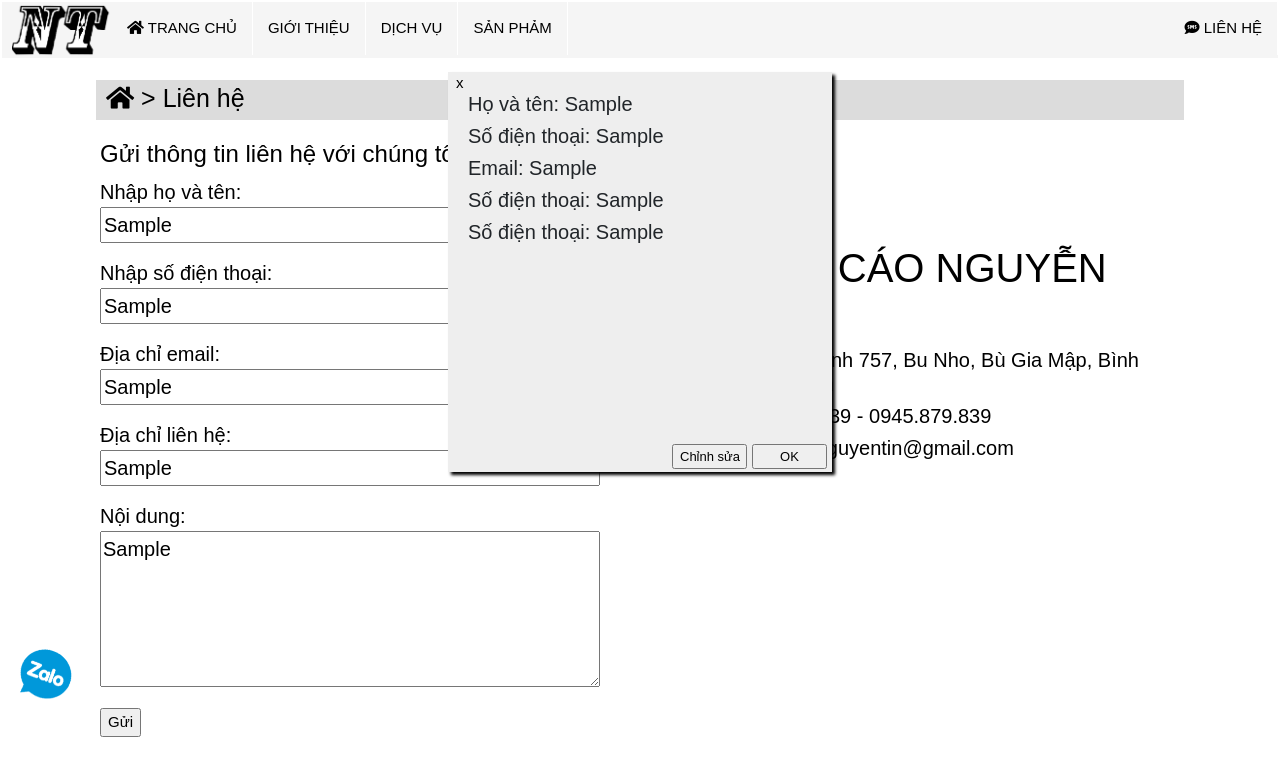
Repository: Haunguyen42193/quangcaonguyentin.github.io
Page: contact.html
These files come from the project's save history. The page is drawn as it stood at one moment and after the next save; the edit follows.
The browser window is 1280 px wide. The pictures show the part of the page from y = 0 to 757 px (the page is 1526 px tall).
Empty fields were first filled with sample values (such as "Sample", 5 or name@example.com).
After loading, the first visible `#submit` was clicked once.
Pictures or frames that could not be fetched are drawn as grey boxes. Some web fonts or font styles are not loaded; a fallback is used. Some web libraries are served in a nearby version.

Above is the page before, as saved 2021-09-17 18:07:11.

### contact.html
<!DOCTYPE html>
<html lang="en">
<head>
    <meta charset="UTF-8">
    <meta http-equiv="X-UA-Compatible" content="IE=edge">
    <meta name="viewport" content="width=device-width, initial-scale=1.0">
    <meta http-equiv="refresh" content="18000"/>
    <title>Quảng Cáo Nguyễn Tín</title>
    <link rel="shotcut icon" href="images/logo2.png"/>
    <link
    rel="stylesheet"
    href="https://cdnjs.cloudflare.com/ajax/libs/animate.css/4.1.1/animate.min.css"
    />
    <!--carousel-->
    <link href="https://cdn.jsdelivr.net/npm/bootstrap@5.1.0/dist/css/bootstrap.min.css" rel="stylesheet" integrity="sha384-KyZXEAg3QhqLMpG8r+8fhAXLRk2vvoC2f3B09zVXn8CA5QIVfZOJ3BCsw2P0p/We" crossorigin="anonymous">
    <!--font awesome-->
    <link rel="stylesheet" href="https://pro.fontawesome.com/releases/v5.10.0/css/all.css" integrity="sha384-AYmEC3Yw5cVb3ZcuHtOA93w35dYTsvhLPVnYs9eStHfGJvOvKxVfELGroGkvsg+p" crossorigin="anonymous"/>
    <!--css-->
    <link rel="stylesheet" href="CSS/stylecontact.css"/>
    <!--font chữ-->
    <link rel="preconnect" href="https://fonts.googleapis.com">
    <link rel="preconnect" href="https://fonts.gstatic.com" crossorigin>
    <link href="https://fonts.googleapis.com/css2?family=K2D:wght@600&display=swap" rel="stylesheet">
    <!-- JavaScript Bundle with Popper -->
    <script src="https://cdn.jsdelivr.net/npm/bootstrap@5.1.0/dist/js/bootstrap.bundle.min.js" integrity="sha384-U1DAWAznBHeqEIlVSCgzq+c9gqGAJn5c/t99JyeKa9xxaYpSvHU5awsuZVVFIhvj" crossorigin="anonymous"></script>
    <!--Jquery-->
    <script src="Js/jquery-3.6.0.min.js"></script>

</head>
<body>
    <script src="Js/main.js"></script>
    <nav class="header-menu">
        <div class="menu">
            <div class="logo">
                <a href="homepage.html"><img src="images/logo2.png" alt="bang quang cao tiem" id="logotiem"/></a>
            </div>
            <ul>
                <li><a href="homepage.html"><i class="fas fa-home"></i> TRANG CHỦ</a></li>
                <li><a href="#">GIỚI THIỆU</a></li>
                <li class="sub"><a href="homepage.html">DỊCH VỤ</a>
                    <ul class="menu subcontent">
                        <li><a href="#">LÀM BẢNG HIỆU LED</a></li>
                        <li><a href="#">LÀM BẢNG HIỆU ALU</a></li>
                        <li><a href="#">LÀM BẢNG HIỆU HỘP ĐÈN</a></li>
                        <li><a href="#">LÀM BẢNG HIỆU MICA</a></li>
                    </ul>
                </li>
                <li class="sub"><a href="#">SẢN PHẢM</a>
                    <ul class="menu subcontent">
                      <li><a href="#">BẢNG HIỆU HỘP ĐÈN</a></li>
                      <li><a href="#">MẶT DỰNG ALU</a></li>
                      <li><a href="#">BẢNG HIỆU CHỮ NỔI</a></li>
                      <li><a href="#">BẢNG HIỆU LED</a></li>
                    </ul>
                </li>
                <li><a href="contact.html"><i class="fas fa-sms"></i> LIÊN HỆ</a></li>
            </ul>
        </div>
      </nav>

      <!--go to top-->
      <div>
        <a id="goToTop" href="javascript:;"><i class="fas fa-chevron-up" title="GO TO TOP"></i></a>
      </div>
      <!--zalo-->
      <div class="zalo">
        <a href="https://zalo.me/0982652639" target="_blank"><img src="images/icon-zalo1.png"/></a>
      </div>
      <!--content of contact-->
    <section>
        <div class="contact-title">
            <div>
                <a href="homepage.html" title="Trang chủ"><i class="fas fa-home"></i></a>
                <span>></span>
                <span class="move">Liên hệ</span>
            </div>
        </div>
        <div class="contact">
            <div class="contact-info">
                <h4>Gửi thông tin liên hệ với chúng tôi</h4>
                <div class="nhap">
                    <p>Nhập họ và tên: </p><input type="text" placeholder="Nhập họ và tên" id="name"/>
                </div>
                <div class="nhap">
                    <p>Nhập số điện thoại:</p><input type="text" placeholder="Nhập số điện thoại" id="phone"/>
                </div>
                <div class="nhap">
                    <p>Địa chỉ email: </p><input type="text" placeholder="email" id="mail"/>
                </div>
                <div class="nhap">
                    <p>Địa chỉ liên hệ: </p><input type="text" placeholder="Địa chỉ đầy đủ" id="address/>
                </div>
                <div class="nhap">
                    <p>Nội dung:</p>
                    <textarea placeholder="Nhập nội dung yêu cầu" name="sNoidung" rows="5" id="request"></textarea>
                </div>
                <div class="submit">
                    <input type="button" value="Gửi" id="submit"/>
                </div>

            </div>
        </div>
        <div class="popup">
          <div class="inform">
            <a href="#">x</a>
            <input type="button" value="OK" id="ok"/>
            <input type="button" value="Chỉnh sửa" id="fix"/>
          </div>
        </div>
        <div class="contact1">
            <div class="contact-info">
                <img src="images/logo2.png" alt="logo" class="foot-logo" />
                <h1>QUẢNG CÁO NGUYỄN TÍN</h1>
                <h2>Địa chỉ: Đường tỉnh 757, Bu Nho, Bù Gia Mập, Bình Phước, Việt Nam</h2>
                <h2>SĐT: 0982.652.639 - 0945.879.839</h2>
                <h2>Mail: quangcaonguyentin@gmail.com</h2>
            </div>
        </div>
    </section>
    <div class="google-map-contact">
        <iframe src="https://www.google.com/maps/embed?pb=!1m18!1m12!1m3!1d5524.536939975059!2d106.86915028708552!3d11.734195462804998!2m3!1f0!2f0!3f0!3m2!1i1024!2i768!4f13.1!3m3!1m2!1s0x31735d28dd4c295f%3A0xd023a3b16b598d53!2zVHLGsOG7nW5nIFRIUFQgTmd1eeG7hW4gS2h1eeG6v24gLSBCw7kgTmhv!5e0!3m2!1svi!2s!4v1629276927340!5m2!1svi!2s" style="border:0;" allowfullscreen="" loading="lazy"></iframe>"
    </div>
    <section>
        <div class="foot-contacts">
          <div class="foot-contact">
            <img src="images/logo2.png" alt="logo" class="foot-logo" />
            <h1>QUẢNG CÁO NGUYỄN TÍN</h1>
            <h2>Địa chỉ: Đường tỉnh 757, Bu Nho, Bù Gia Mập, Bình Phước, Việt Nam</h2>
            <h2>SĐT: 0982.652.639 - 0945.879.839</h2>
            <h2>Mail: quangcaonguyentin@gmail.com</h2>
          </div>
          <div class="foot-service">
            <div class="foot-service-title">
              <h1>DANH MỤC DỊCH VỤ</h1>
            </div>
            <h2><a href="#">Làm bảng hiệu LED</a></h2>
            <h2><a href="#">Làm bảng hiệu ALU</a></h2>
            <h2><a href="#">Làm bảng hiệu HỘP ĐÈN</a></h2>
            <h2><a href="#">Làm bảng hiệu MICA</a></h2>
          </div>
          <div class="foot-product">
            <div class="foot-service-title">
              <h1>DANH MỤC SẢN PHẨM</h1>
            </div>
            <h2><a href="#">Làm bảng hiệu LED</a></h2>
            <h2><a href="#">Làm bảng hiệu ALU</a></h2>
            <h2><a href="#">Làm bảng hiệu HỘP ĐÈN</a></h2>
            <h2><a href="#">Làm bảng hiệu MICA</a></h2>
          </div>
        </div>
      </section>
      <!--foot-->
      <div class="web-foot">
        <h2>QUẢNG CÁO NGUYỄN TÍN &#10052 2021</h2>
      </div>
</body>
</html>

### CSS/stylecontact.css
body {
    font-family: 'K2D', sans-serif;
    font-size: 15px;
    background-color: white;
    background-repeat: no-repeat;
    background-attachment: fixed;
}
/*menu*/
.header-menu{
    width:100%;
    background-color: whitesmoke;
    padding-left: 10px;
    border: 2px solid white;
    position: fixed;
    z-index:99;
    top:0;
    left:0;
}
img#logotiem{
    width:100px;
    float:left;
}
div.menu > ul{
    display:flex;
    /* justify-content: center;
    align-items: center; */
}
div.menu ul{
    list-style-type: none;
    margin: 0;
    padding:0;
    background-color: whitesmoke;
}
div.menu ul li:last-child{
    margin-left: auto;
}
.subcontent{
    display:none;
    background: linear-gradient(gray, rgb(224, 222, 222));
}
.sub:hover .subcontent{
    display: block;
    position:absolute;
    width: 230px;
}

div.menu ul li{
    margin-bottom: 0px;
    position:relative;
    border-right: 1px solid white;
}

div.menu ul li a::before{
    content: '';
     position: absolute;
     bottom: -7px;
     left: 0px;
     width: 100%;
     height: 5px;
     background-color: #0cacdd;
     border-radius: 8px 8px 0 0;
     opacity: 0;
     transition: 0.3s;
}

div.menu ul li a:hover:before{
    opacity: 1;
    bottom:0;
}
div.menu ul li a{
    text-decoration: none;
    display: block;
    padding: 15px;
}
a:link{
    color:black;
}
a:visited{
    color:black;
}
a:hover{
    background-color: rgb(37, 32, 32);
    color: #2591d8;
}
a:active{
    color:rgb(35, 23, 201);
}

.subcontent::before{
    content: " ";
    border-width: 10px;
    border-style: solid;
    border-color:transparent transparent gray transparent;
    position: absolute;
    bottom: 100%;
    left:15%;
}
/*gototop*/
#goToTop {
    position: fixed;
    font-size: 30px;
    border-radius: 50%;
    z-index: 99;
    padding: 0 10px;
    border: 2px solid red;
    color: red;
    opacity: 0.5;
    right: 10px;
    bottom: 10px;
}
/*zalo*/
.zalo{
    position: fixed;
    z-index: 999;
    left: 20px;
    bottom: 20px;
    width: 4%;
}
.zalo img{
    width: 100%;
    animation:zalo-ring 1s infinite ease-in-out;
}
.zalo > a:hover{
    background-color: transparent;
}
@keyframes zalo-ring{
    0%{
    transform:rotate(0) scale(1) skew(1deg)
    }
    10%{
        transform:rotate(-25deg) scale(1.05) skew(1deg)
    }
    20%{
        transform:rotate(25deg) scale(1) skew(1deg)
    }
    30%{
        transform:rotate(-25deg) scale(1.05) skew(1deg)
    }
    40%{
        transform:rotate(25deg) scale(1) skew(1deg)
    }
    50%{
        transform:rotate(0) scale(1) skew(1deg)
    }
    100%{
        transform:rotate(0) scale(1) skew(1deg)
    }
}
/*foot contact*/
.foot-contacts {
    display: flex;
    position: relative;
    top: 120px;
    justify-content: center;
}
.foot-contacts h2{
    font-size: 15px;
}
.foot-contact {
    display: flex;
    width: 350px;
    flex-wrap: wrap;
    width: 25%;
}
.foot-logo{
    width:30%;
}
.foot-contact h1{
    width: 50%;
    font-size: 25px;
}
.foot-service{
    position: relative;
    border-right: 1px solid gray;
    width:25%;
    padding: 0 50px;
    border-left: 1px solid gray;
}
.foot-product{
    position: relative;
    width: 25%;
    padding: 0 50px;
}
.foot-service-title h1{
    font-size: 20px;
    padding-bottom: 10px;
    padding-top: 10px;
}
.foot-contacts a{
    text-decoration: none;
}
.foot-contacts a:link{
    color: #4b7494;
}
.foot-contacts a:visited{
    color: #4b7494;
}
.foot-contacts a:hover{
    color: #0c0e0f;
    background-color: white;
}
.foot-contacts a:active{
    color: #124c79;
}
/*web foot*/
.web-foot{
    background-color: gray;
    position: relative;
    top: 80px;
    padding: 15px;
    margin-top: 60px;
}
.web-foot > h2{
    text-align: center;
    font-size: 15px;
}
/*contact*/
.contact {
    color: black;
    position: relative;
    top:100px;
    left: 100px;
    width: 500px;
    border-radius: 5px;
}
.contact1 {
    color: black;
    position: absolute;
    top:160px;
    right: 100px;
    width: 500px;
    border-radius: 5px;
}
.contact-title{
    color: black;
    position: relative;
    top: 80px;
    width: 85%;
    margin: auto;
    height: 40px;
    background-color: gainsboro;
    font-size: 25px;
}
.contact-title div{
    padding-left: 10px;
}
.contact-title a:hover{
    background-color: transparent;
    color: black;
}
.contact-info p{
    font-size: 20px;
    position: relative;
    margin: 0;
}
.nhap input, textarea{
    font-size: 20px;
    width: 100%;
    margin-bottom: 15px;
}
.contact1 h2{
    font-size: 20px;
}
.inform{
    position: fixed;
    width: 30%;
    height: 400px;
    background-color: rgb(238, 238, 238);
    z-index: 99;
    top: 10%;
    left:35%;
    box-shadow: 3px 3px 3px black;
}
.inform a{
    padding: 0 8px 5px;
    text-decoration: none;
    position: absolute;
    top: 0;
    left: 0;
    color: black;

}
.inform a:hover{
    background-color: red;
    color: white;
    outline: 1px groove white;
}
#ok{
    position: absolute;
    bottom: 3px;
    right: 5px;
    width: 75px;
    font-size: 13px;
}
#fix{
    position: absolute;
    bottom: 3px;
    right: 85px;
    width: 75px;
    font-size: 13px;
}
.notice{
    padding: 20px;
}
/*contact-map*/
.google-map-contact iframe{
    position: relative;
    top:120px;
    width: 100%;
    height:500px;
}

### Js/main.js

$(document).ready(function() {
    $("#goToTop").hide()
    $(window).scroll(function() {

        if($(this).scrollTop() >= 80)
            $("#goToTop").show("slow");
        else
            $("#goToTop").hide("slow");

    })
    $("#goToTop").click(function() {
        $("html, body").animate({
            scrollTop: 0
        }, 1000);
    })
    $(".inform").hide()
    $("#submit").click(function(){
        var name = $("#name").val()
        var phone = $("#phone").val()
        var mail = $("#mail").val()
        $(".popup").prepend(`
        <div class="inform">
            <a href="#">x</a>
            <input type="button" value="OK" id="ok"/>
            <input type="button" value="Chỉnh sửa" id="fix"/>
            <div class="notice">
                <h5>Họ và tên: ${name}</h5>
                <h5>Số điện thoại: ${phone}</h5>
                <h5>Email: ${mail}</h5>
                <h5>Số điện thoại: ${phone}</h5>
                <h5>Số điện thoại: ${phone}</h5>
            </div>
          </div>
        `)
    })
    $(".popup").on("click", ".inform a, #ok", function(){
        event.preventDefault()
        $(this).parent().remove()
    })
})

Loaded but not shown: Js/jquery-3.6.0.min.js (library)

After the next save:
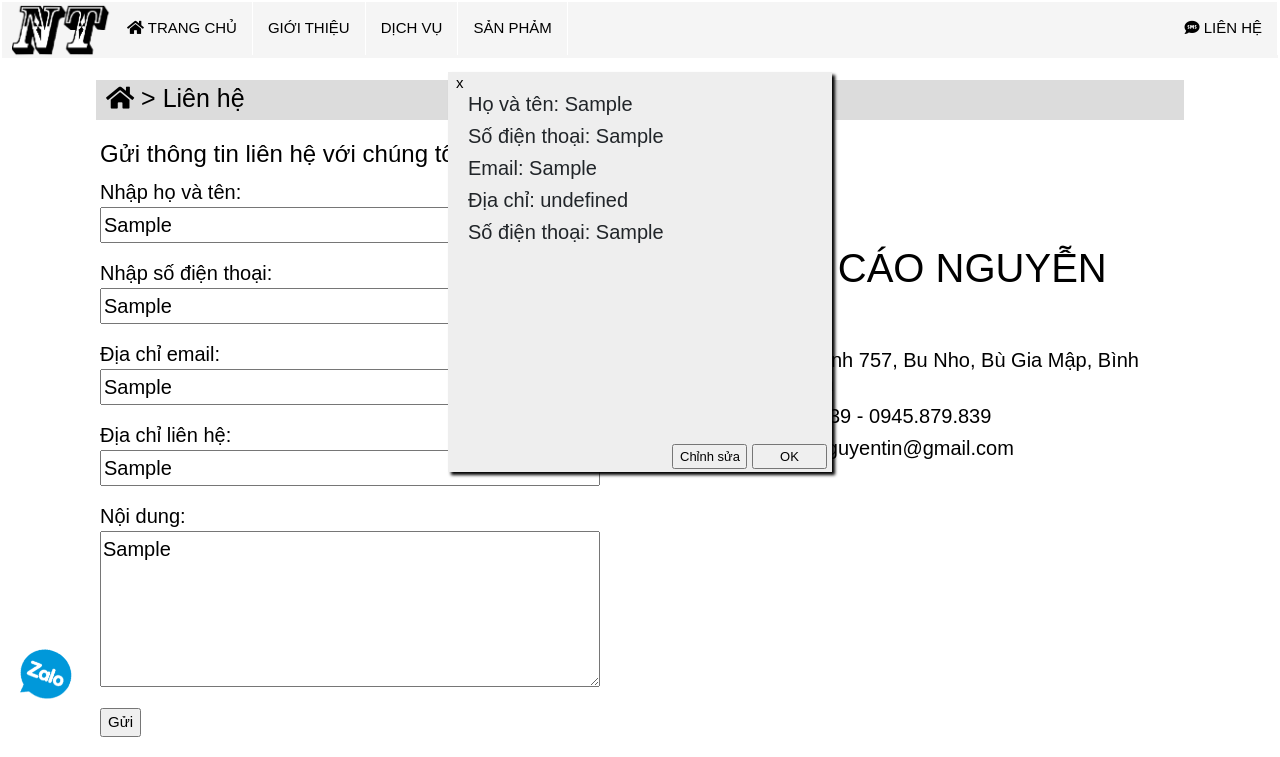
Saved 42 s later.
--- a/Js/main.js
+++ b/Js/main.js
@@ -19,6 +19,7 @@ $(document).ready(function() {
         var name = $("#name").val()
         var phone = $("#phone").val()
         var mail = $("#mail").val()
+        var address = $("#address").val()
         $(".popup").prepend(`
         <div class="inform">
             <a href="#">x</a>
@@ -28,7 +29,7 @@ $(document).ready(function() {
                 <h5>Họ và tên: ${name}</h5>
                 <h5>Số điện thoại: ${phone}</h5>
                 <h5>Email: ${mail}</h5>
-                <h5>Số điện thoại: ${phone}</h5>
+                <h5>Địa chỉ: ${address}</h5>
                 <h5>Số điện thoại: ${phone}</h5>
             </div>
           </div>
